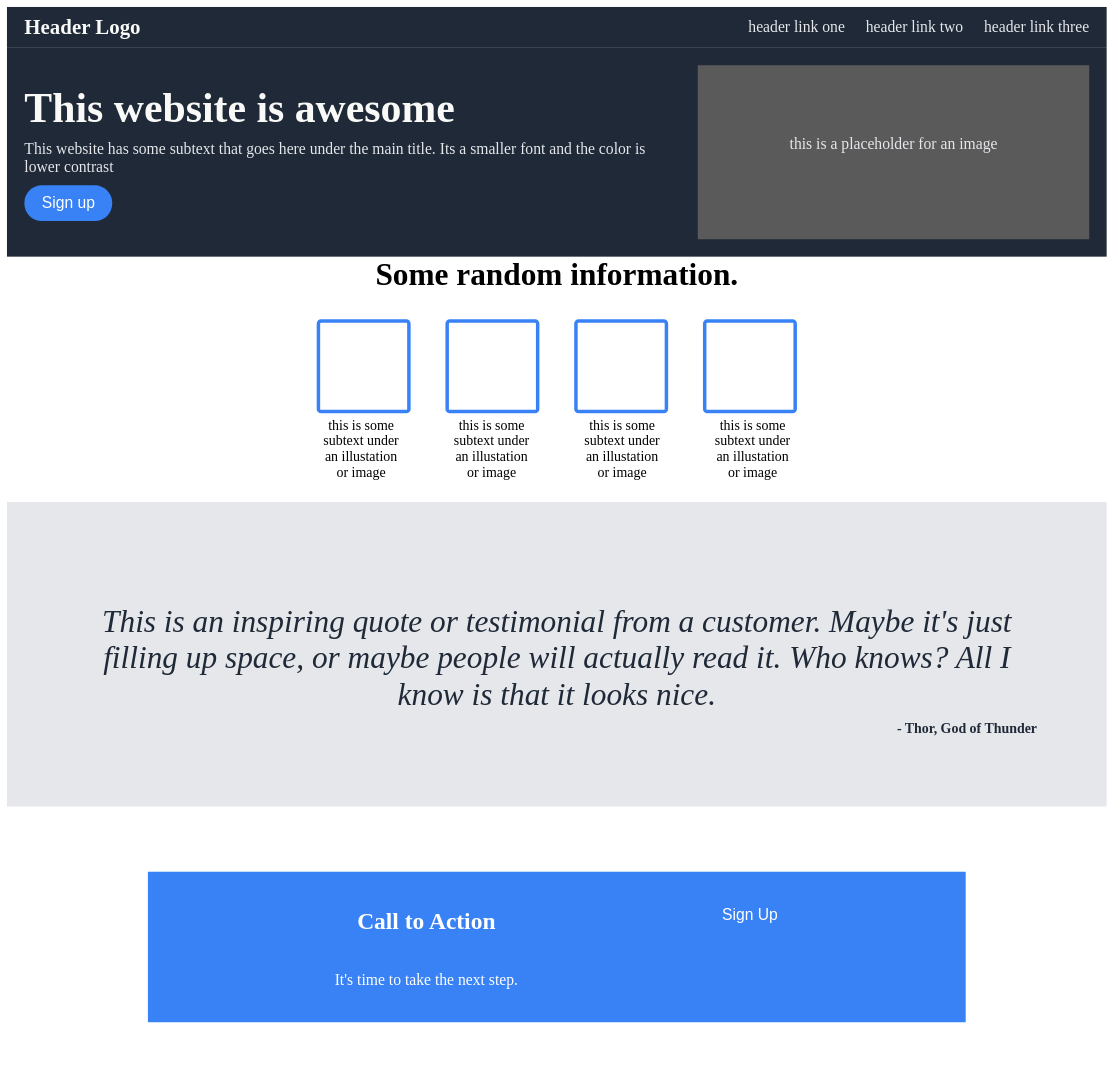
Repository: mnhardy1504/odin-recipes1
Page: flexboxlanding/index.html
The author's editor kept a copy of each file at every save. The page is drawn from the files as they stood at one save, then again after the next save.
The browser window is 1280 px wide. The pictures show the whole page, at 87% of full size.

Above is the page before, as saved 2023-09-15 13:37:37.

After the next save:
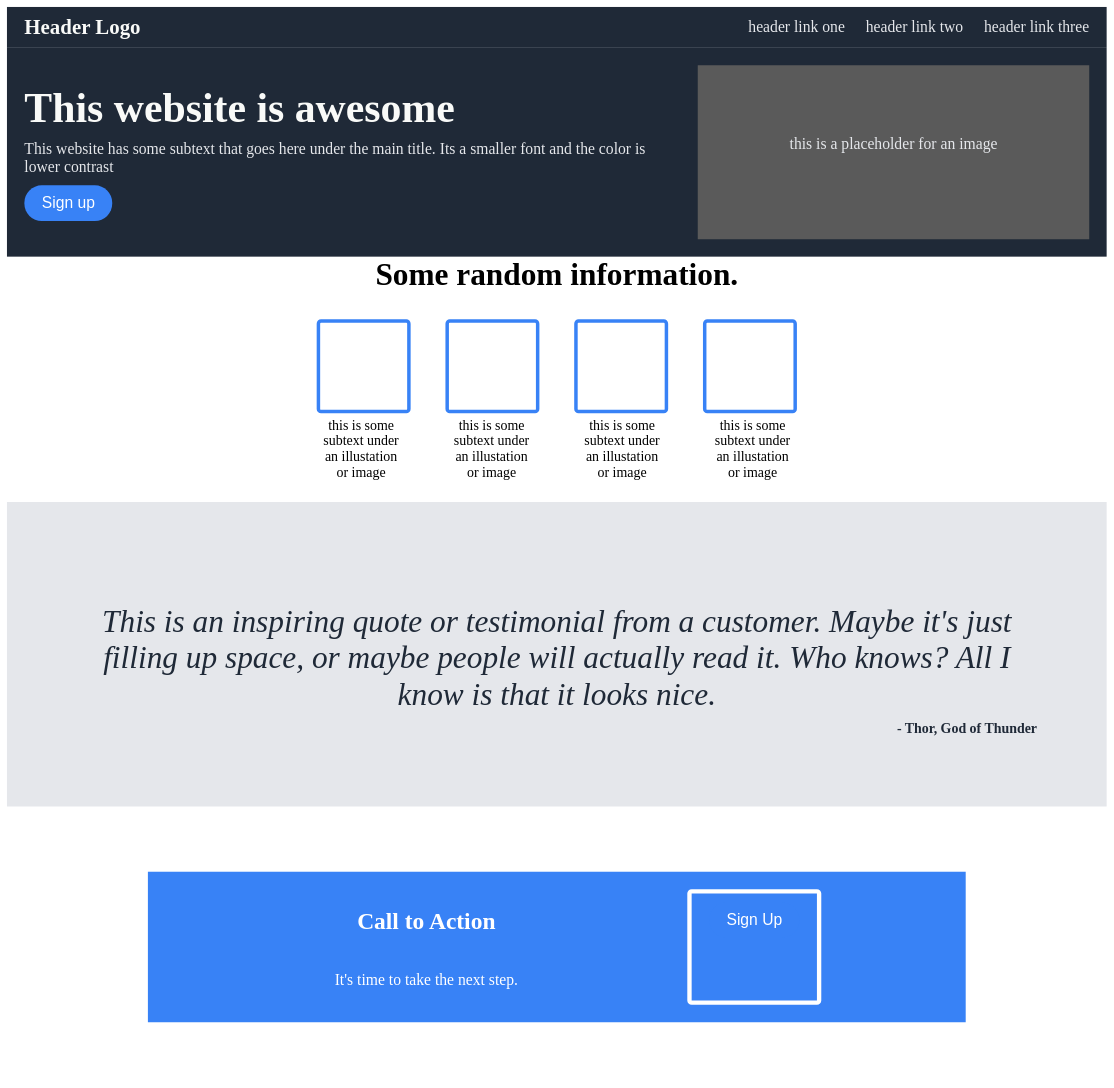
Saved 9 min 53 s later.
--- a/flexboxlanding/index.css
+++ b/flexboxlanding/index.css
@@ -155,10 +155,8 @@ h1 {
     background-color: #3882F6; /* Blue background for the button */
     color: white;
     padding: 10px 20px;
-    border: white;
+    border: 5px solid white; /* Set border style and color */
     border-radius: 5px;
-    border-width: 5px;
-    justify-content: right;
     font-size: 18px;
     cursor: pointer;
 }
